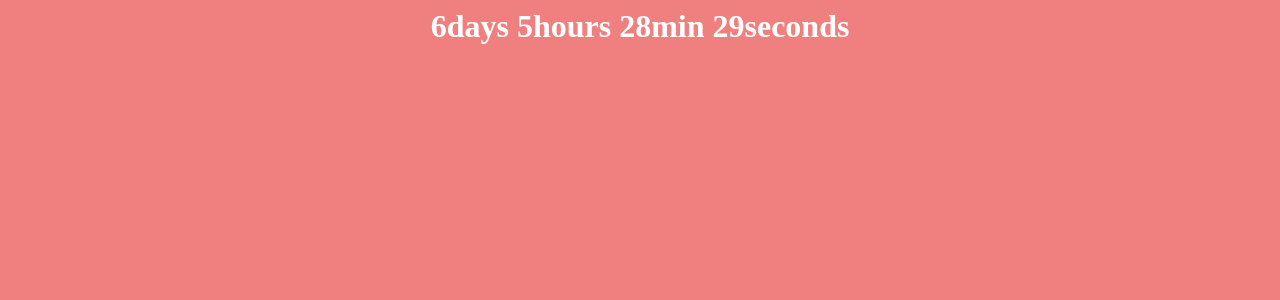
Repository: notMaximilian/countdown-timer
Page: index.html
These files come from the project's save history. The page is drawn as it stood at one moment and after a run of saves; the edit follows.
The browser window is 1280 px wide. The pictures show the whole page.

Above is the page before, as saved 2021-12-18 18:47:02.

### index.html
<html lang="en">
    <head>
        <meta charset="utf-8"/>
        <title>Christmas Countdown</title>
        <link rel="stylesheet" href="styles.css"/>
    </head>
    <body>
        <h1 id="time-left"></h1>
        <script src="app.js"></script>
    </body>
</html>

### styles.css
body{
    background-color: lightcoral;
    color:white;
    text-align: center;
    font-family: ;
}

### app.js
const timeLeft = document.getElementById('time-left')
let timerId;
//Units of time
const second = 1000
const minute = second * 60
const hour = minute * 60
const day = hour * 24

const christmas = new Date('12/25/2021')

function countdown(){
    const today = new Date();
    const timeSpan = christmas - today;

    if(timeSpan <= -day){
        timeLeft.innerHTML("I hope you had a Merry Christmas!!!")
        clearInterval(timerId)
        return
    }

    if (timeSpan <= 0){
        timeLeft.innerHTML("Merry Christmas!!!")
        clearInterval(timerId)
        return
    }

    const days = Math.floor(timeSpan / day)
    const hours = Math.floor((timeSpan % day) / hour)
    const minutes = Math.floor((timeSpan % hour) / minute)
    const seconds = Math.floor((timeSpan % minute) / second)

    timeLeft.innerHTML = days + "days " + hours + "hours " + minutes + "min " + seconds + "seconds"

}

timerId = setInterval(countdown, second)

After the next 2 saves:
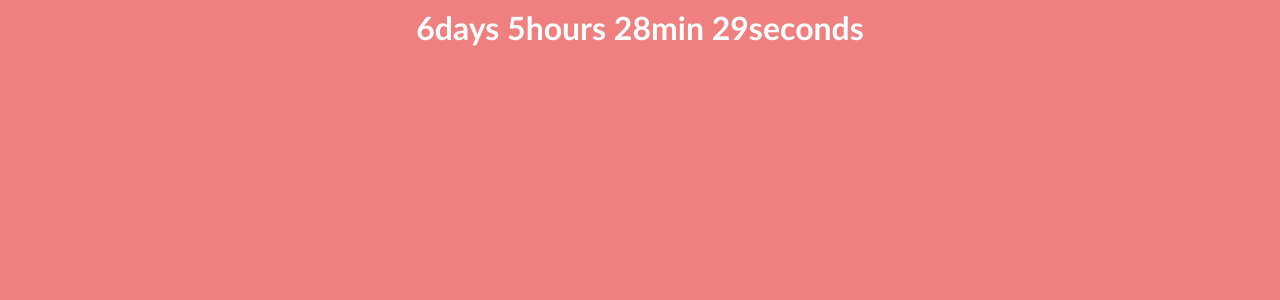
The 2 saves are shown as one change because they came seconds apart.
The last was saved 5 s later.
--- a/styles.css
+++ b/styles.css
@@ -2,5 +2,5 @@ body{
     background-color: lightcoral;
     color:white;
     text-align: center;
-    font-family: ;
+    font-family: 'Trebuchet MS', 'Lucida Sans Unicode', 'Lucida Grande', 'Lucida Sans', Arial, sans-serif;
 }
